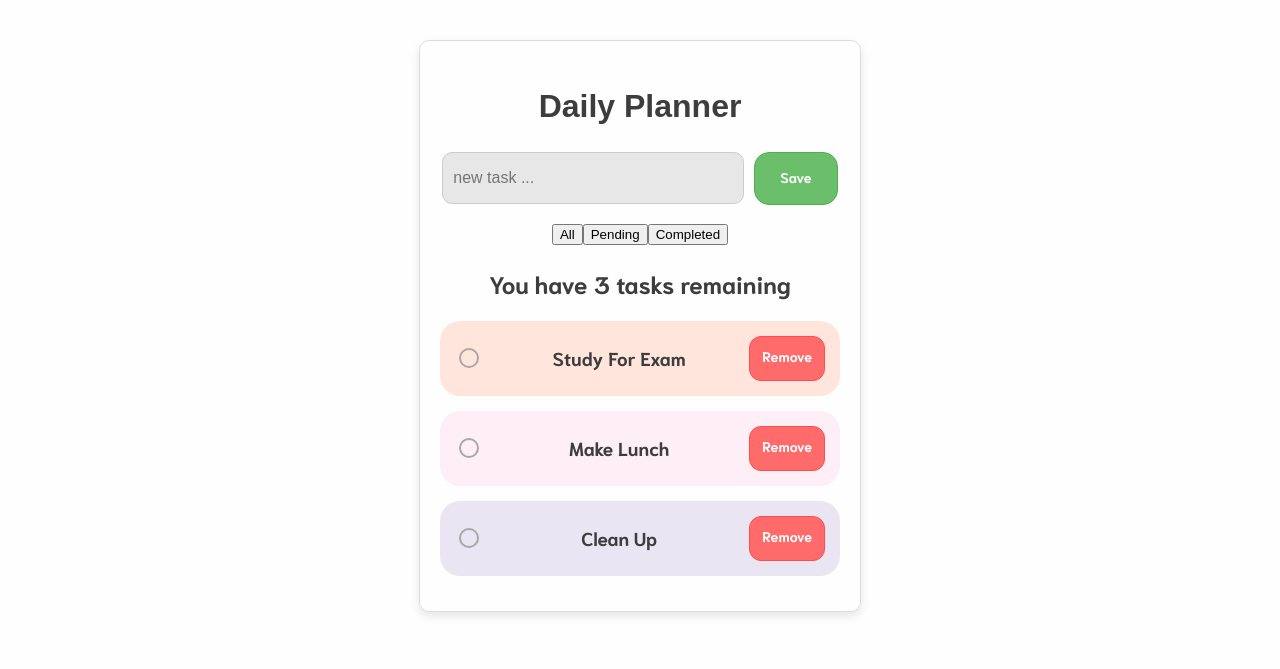
Repository: Zalida-Khan/Frontend-Lab4
Page: /
These files come from the project's save history. The page is drawn as it stood at one moment and after a run of saves; the edit follows.
The browser window is 1280 px wide. The pictures show the whole page.
Some web fonts or font styles are not loaded; a fallback is used. The project was rebuilt for these pictures with package versions that can differ from the ones it lists, and the page was loaded fresh each time. Also part of the build but not shown: vite.config.js.

Above is the page before, as saved 2024-10-29 22:56:25.

### index.html
<!doctype html>
<html lang="en">

<head>
  <meta charset="UTF-8" />
  <link rel="icon" type="image/svg+xml" href="/vite.svg" />
  <meta name="viewport" content="width=device-width, initial-scale=1.0" />
  <title>Daily Planner</title>
</head>

<body>
  <div id="root"></div>
  <script type="module" src="/src/main.jsx"></script>
</body>

</html>

### src/App.jsx
import "./App.css";
import React, { useState } from "react";
import Task from "./components/Task";
import TaskForm from "./components/TaskForm";

function App() {
  const [tasks, setTasks] = useState([
    { id: 1, text: "Study For Exam", completed: false },
    { id: 2, text: "Make Lunch", completed: false },
    { id: 3, text: "Clean Up", completed: false },
  ]);


  const [filter, setFilter] = useState("All");

  const addTask = (text) =>
    setTasks([...tasks, { id: Date.now(), text, completed: false }]);

  const toggleTask = (id) =>
    setTasks(
      tasks.map((task) =>
        task.id === id ? { ...task, completed: !task.completed } : task
      )
    );

  const removeTask = (id) => setTasks(tasks.filter((task) => task.id !== id));

  const handleFilterChange = (newFilter) => setFilter(newFilter);

  const filteredTasks = tasks.filter((task) => {
    if (filter === "Completed") return task.completed;
    if (filter === "Pending") return !task.completed;
    return true;
  });

  const remainingTasks = tasks.filter((task) => !task.completed).length;

  return (
    <div className="app">
      <header>
        <h1>Daily Planner</h1>
      </header>
      <TaskForm addTask={addTask} />
      <div className="filter-buttons">
        <button onClick={() => handleFilterChange("All")}>All</button>
        <button onClick={() => handleFilterChange("Pending")}>Pending</button>
        <button onClick={() => handleFilterChange("Completed")}>Completed</button>
      </div>
      <h2>
        You have {remainingTasks}{" "}
        {remainingTasks === 1 ? "task" : "tasks"} remaining
      </h2>
      <div className="task-list">
      {filteredTasks.map((task) => (
          <Task
            key={task.id}
            task={task}
            toggleTask={toggleTask}
            removeTask={removeTask}
            isDisabled={task.completed}
          />
        ))}
      </div>
    </div>
  );
}

export default App;

### src/index.css
:root {
  font-family: Inter, system-ui, Avenir, Helvetica, Arial, sans-serif;
  line-height: 1.5;
  font-weight: 400;

  color-scheme: light dark;
  color: rgba(0, 0, 0, 0.87);
  background-color: #fefefe;

  font-synthesis: none;
  text-rendering: optimizeLegibility;
  -webkit-font-smoothing: antialiased;
  -moz-osx-font-smoothing: grayscale;
}

### src/App.css
@font-face {
  font-family: "Ruska";
  src: url("../fonts/RuskaDisplay-Regular.otf") format("opentype");
  font-weight: normal;
  font-style: normal;
}

@font-face {
  font-family: "Niramit";
  src: url("../fonts/Niramit-Bold.ttf") format("truetype");
  font-weight: normal;
  font-style: normal;
}

#root {
  max-width: 1280px;
  margin: 0 auto;
  padding: 2rem;
  text-align: center;
  font-family: "Niramit", sans-serif;
  color: #3d3d3d;
}

.app {
  width: 400px;
  margin: 0 auto;
  padding: 20px;
  font-family: "Niramit", sans-serif;
  border: 1px solid #ddd;
  border-radius: 10px;
  box-shadow: 0 4px 10px rgba(0, 0, 0, 0.1);
}

h1 {
  font-family: "Ruska", sans-serif;
  font-weight: 50px;
  color: #3d3d3d;
}

.task-list {
  margin-top: 20px;
}

.task {
  display: flex;
  align-items: center;
  justify-content: space-between;
  margin-bottom: 15px;
  padding: 15px;
  border-radius: 20px;
  font-family: "Niramit", sans-serif;
}

.task:nth-child(6n+1) {
  background-color: #ffe5db;
}

.task:nth-child(6n+2) {
  background-color: #feeef5;
}

.task:nth-child(6n+3) {
  background-color: #e9e5f3;
}

.task:nth-child(6n+4) {
  background-color: #e0edf4;
}

.task:nth-child(6n+5) {
  background-color: #f0f8e6;
}

.task:nth-child(6n) {
  background-color: #fbfbef;
}

.task h3 {
  margin: 0;
  flex-grow: 1;
  text-decoration: none;
  font-family: "Niramit", sans-serif;
}

.task.completed h3 {
  text-decoration: line-through 2px solid;
}

.checkmark {
  appearance: none;
  width: 20px;
  height: 20px;
  border-radius: 50%;
  border: 2px solid #aba7a7;
  background-color: transparent;
  display: flex;
  align-items: center;
  justify-content: center;
  cursor: pointer;
  margin-right: 10px;
}

.checkmark:checked {
  background-color: #c6eada;
  border: 2px solid #198754;
}

.checkmark:checked::after {
  content: '✔️';
  color: #3d3d3d;
}

.checkmark:disabled {
  cursor: not-allowed;
  background-color: #d3d3d3;
  border-color: #d3d3d3;
}

.delete-btn {
  padding: 10px 12px;
  border-radius: 12px;
  padding-bottom: 15px;
  font-family: "Niramit", sans-serif;
  background-color: #ff6b6b;
  border: 1px solid #ff4c4c;
  color: white;
  cursor: pointer;
  font-size: 14px;
  transition: background-color 0.3s;
}

.delete-btn:hover {
  background-color: #ff4c4c;
}

.save-btn {
  padding: 15px 25px;
  border-radius: 15px;
  padding-bottom: 18px;
  background-color: #6bbf6b;
  border: 1px solid #4cae4c;
  font-family: "Niramit", sans-serif;
  color: white;
  cursor: pointer;
  font-size: 14px;
  transition: background-color 0.3s;
}

.save-btn:hover {
  background-color: #4cae4c;
}

.input-field {
  width: 70%;
  height: 30px;
  padding: 10px;
  border-radius: 10px;
  background-color: #e8e7e7;
  margin-right: 10px;
  border: 1px solid #ccc;
  font-size: 16px;
  outline: none;
  color: black;
  transition: border-color 0.3s;
}

.input-field:focus {
  border-color: #000000;
}

.filter-buttons {
  margin-top: 15px;
}

.filter-buttons button {
  padding: ;
}

### src/components/Task.jsx
import React from 'react';

function Task({ task, toggleTask, removeTask, isDisabled }) {
  return (
    <div className={`task ${task.completed ? 'completed' : ''}`}>
      <label className="checkmark-label"/>
      <input className="checkmark" type="checkbox" checked={task.completed} onChange={() => toggleTask(task.id)}
      disabled={isDisabled} />
      <h3>{task.text}</h3>
      <button className="delete-btn" onClick={() => removeTask(task.id)}>Remove</button>
    </div>
  );
}

export default Task;

### src/components/TaskForm.jsx
import React, { useState } from 'react';

function TaskForm({ addTask }) {
  const [text, setText] = useState('');

  const handleSubmit = (e) => {
    e.preventDefault();
    if (text.trim()) {
      addTask(text);
      setText('');
    }
  };

  return (
    <form onSubmit={handleSubmit}>
      <input className="input-field" type="text" value={text} onChange={(e) => setText(e.target.value)} placeholder="new task ..." />
      <button className="save-btn" type="submit">Save</button>
    </form>
  );
}

export default TaskForm;

Loaded but not shown: src/main.jsx (common file)

After the next 3 saves:
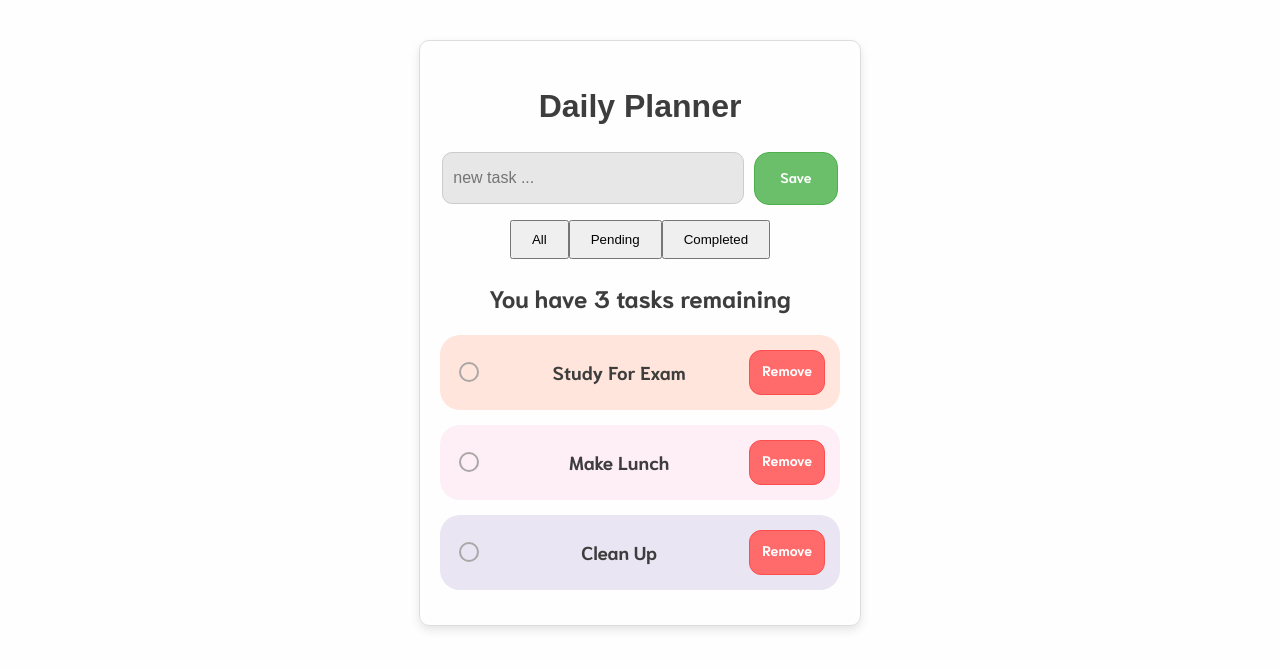
The 3 saves are shown as one change because they came seconds apart.
The last was saved 8 s later.
--- a/src/App.css
+++ b/src/App.css
@@ -173,5 +173,6 @@ h1 {
 }
 
 .filter-buttons button {
-  padding: ;
+  padding: 10px 20px;
+  border
 }
